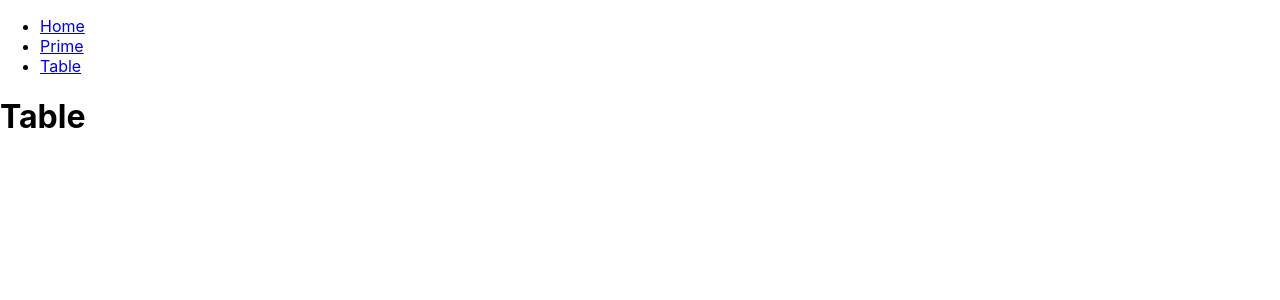
Repository: mandahos/prime-pop
Page: /table
These files come from the project's save history. The page is drawn as it stood at one moment and after the next save; the edit follows.
The browser window is 1280 px wide. The pictures show the whole page.
The project was rebuilt for these pictures with package versions that can differ from the ones it lists, and the page was loaded fresh each time. Also part of the build but not shown: src/App.css, src/App.js, src/Pages/Home.js.

Above is the page before, as saved 2022-10-02 20:39:06.

### src/index.js
import React from 'react';
import ReactDOM from 'react-dom/client';
import './index.css';
import App from './App';
import Home from './Pages/Home';
import Prime from './Pages/Prime';
import Table from './Pages/Table';
import Layout from './Pages/Layout';
import reportWebVitals from './reportWebVitals';
import { BrowserRouter, Routes, Route } from 'react-router-dom';

const root = ReactDOM.createRoot(document.getElementById('root'));
root.render(
  <React.StrictMode>
    <BrowserRouter>
    <Routes>
        <Route path="/" element={<Layout />}>
          <Route index element={<Home />} />
          <Route path="prime" element={<Prime />} />
          <Route path="table" element={<Table />} />
        </Route>
      </Routes>
    </BrowserRouter>
  </React.StrictMode>
);

// If you want to start measuring performance in your app, pass a function
// to log results (for example: reportWebVitals(console.log))
// or send to an analytics endpoint. Learn more: https://bit.ly/CRA-vitals
reportWebVitals();

### src/Pages/Prime.js
import React from "react";

function Prime() {
    //prime 1-1000 written, first indicates where to start and when to end loop, second variable is indicating how to show if prime.
    for (var n = 2; n <= 1000; n++) {
        for (var i = 2; i < n; i++) {
            if (n % i === 0)
            {
                break;
            }
        }
        if (n === i)
        {
        document.write(i+"<br>");
        }
    }

}
//math right, need to print on page//in console
console.log(Prime(2));


export default Prime;

### src/Pages/Table.js
import React from "react";

function Table(){
    return(
        <h1> Table </h1>

    );
}


export default Table;

### src/Pages/Layout.js
import React from "react";
import {Outlet} from "react-router-dom";
import NavBar from "../Components/NavBar";

function Layout() {
    return(
        <>
        <NavBar />
        <Outlet />
        </>
    );
};

export default Layout;

### src/Components/NavBar.js
import React from "react";
import {BrowserRouter, Route, Link} from "react-router-dom";

function NavBar() {
    return(
        <nav>
            <ul>
                <li>
                    <Link to='/'>Home</Link>
                </li>
                <li>
                    <Link to='/prime'>Prime</Link>
                </li>
                <li>
                    <Link to='/'>Table</Link>
                </li>
            </ul>
        </nav>
    );

}

export default NavBar

Loaded but not shown: public/index.html (common file); src/index.css (common file); src/reportWebVitals.js (common file)

After the next save:
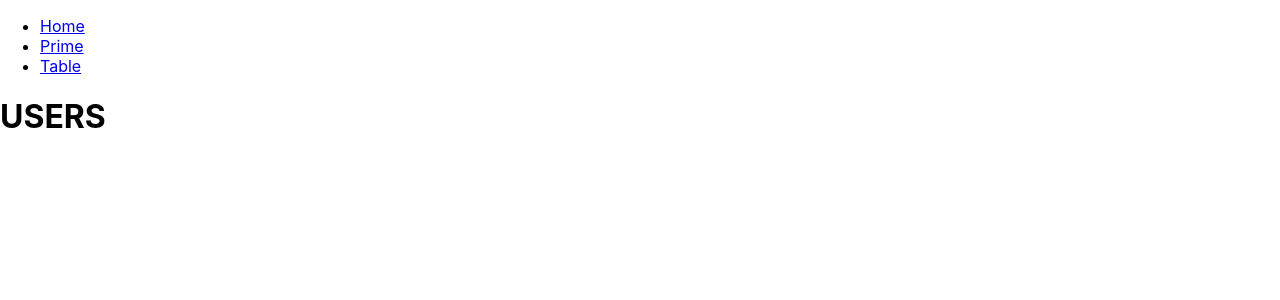
Saved 53 s later.
--- a/src/Pages/Table.js
+++ b/src/Pages/Table.js
@@ -2,7 +2,15 @@ import React from "react";
 
 function Table(){
     return(
-        <h1> Table </h1>
+
+        <div className="app-container">
+        <h1> USERS </h1>
+        <table>
+            <thead>
+
+            </thead>
+        </table>
+        </div>
 
     );
 }
